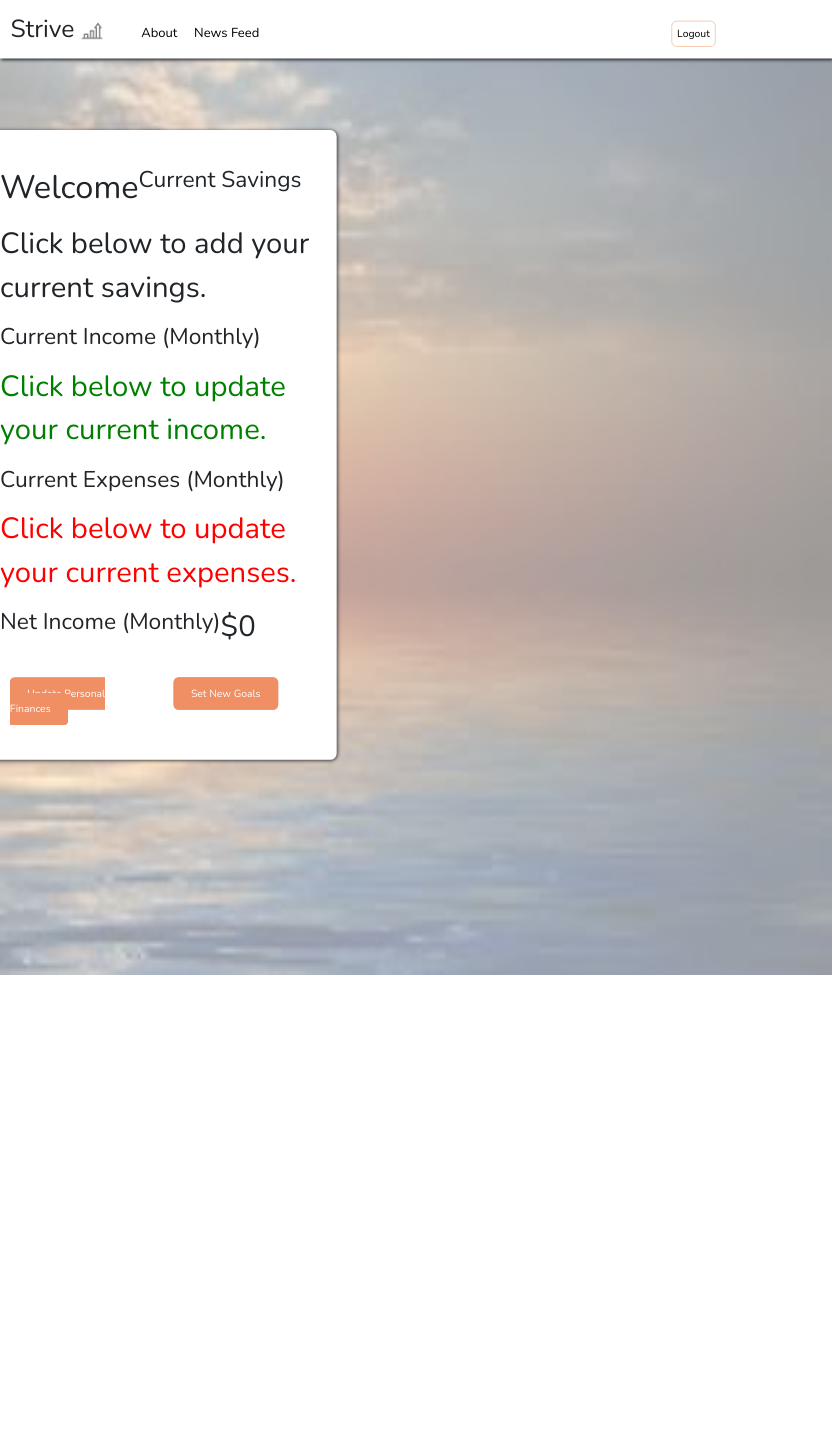
Repository: NoraOK/Strive
Page: http://localhost/strive/WEB-INF/strive/userHome.jsp
An editor plug-in stored every save of this project. The page is shown before and after the next save, followed by the edit.
The browser window is 1280 px wide. The pictures show the whole page, at 65% of full size.
The page is served by Tomcat 9. Nobody is signed in. The template is opened directly, without the code that normally fills it, so the values that code supplies are empty.

Above is the page before, as saved 2019-12-20 16:42:09.

After the next save:
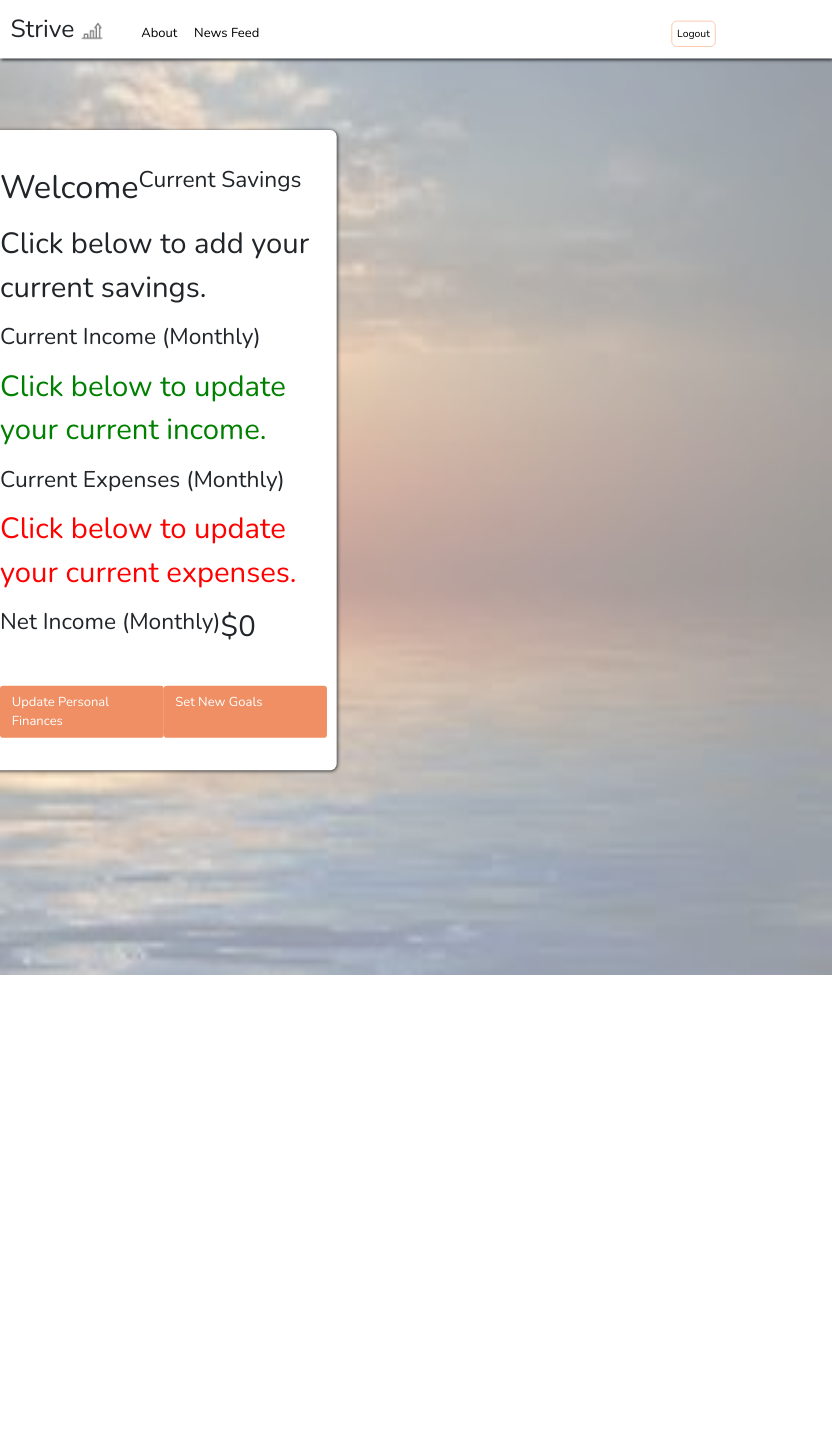
Saved 64 s later.
--- a/strive/src/main/webapp/WEB-INF/strive/userHome.jsp
+++ b/strive/src/main/webapp/WEB-INF/strive/userHome.jsp
@@ -51,8 +51,8 @@
 					</c:choose>
 				</c:otherwise>
 			</c:choose>
-			<p class="one col"><a href="/updateFinances" class="button1">Update Personal Finances</a></p>
-			<p class="two col"><a href="/newGoal" class="button1">Set New Goals</a></p>
+			<a href="/updateFinances" class="button1 one col btn-lg">Update Personal Finances</a>
+			<a href="/newGoal" class="button1 two col btn-lg">Set New Goals</a>
 		</div>
 
 	</div>
